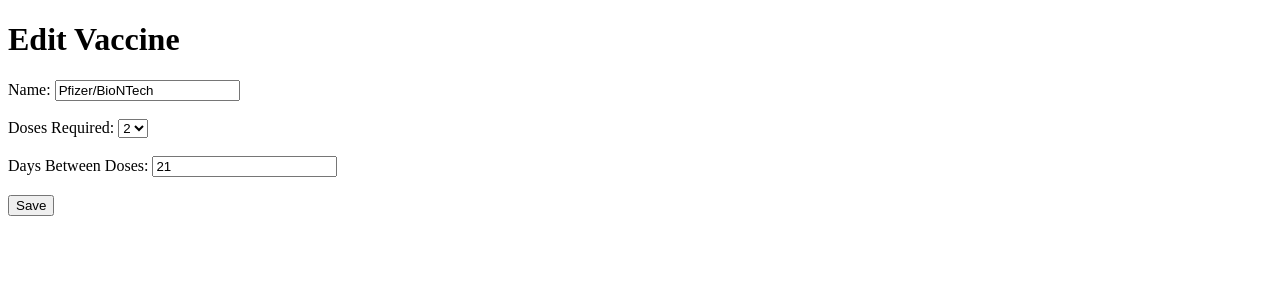
Repository: Thangtran1100/School-Stuff
Page: http://localhost/lab9/EditVaccine?id=1
These files come from the project's save history. The page is drawn as it stood at one moment and after the next save; the edit follows.
The browser window is 1280 px wide. The pictures show the whole page.
Some web libraries are served in a nearby version. The page is served by Tomcat 9. Other server files are loaded and not shown.

Above is the page before, as saved 2023-03-27 21:29:44.

### Spring 2023/CS3220/Assignments/3220-Lab9-App/lab9/src/main/webapp/EditVaccine.jsp
<%@ page language="java" contentType="text/html; charset=UTF-8"
    pageEncoding="UTF-8"%>
<!DOCTYPE html>
<html>
<head>
<meta charset="UTF-8">
<title>Edit Vaccine</title>
</head>
<body>
    <h1>Edit Vaccine</h1>
    <form action="EditVaccine" method="post">
        <label for="name">Name:</label>
        <input type="text" name="name" value="${vaccineEntry.vaccine}"><br><br>

        <label for="dose">Doses Required:</label>
        <select name="dose">
            <option value="1" ${vaccineEntry.doseRequired == "1" ? "selected" : ""}>1</option>
            <option value="2" ${vaccineEntry.doseRequired == "2" ? "selected" : ""}>2</option>
        </select><br><br>

        <label for="days">Days Between Doses:</label>
        <input type="text" name="days" value="${vaccineEntry.daysBetweenDose}"><br><br>

        <input type="submit" value="Save">
    </form>
</body>
</html>

### Spring 2023/CS3220/Assignments/3220-Lab9-App/lab9/src/main/java/lab9/servlet/EditVaccine.java
package lab9.servlet;

import java.io.IOException;
import java.io.PrintWriter;
import java.util.List;

import javax.servlet.ServletException;
import javax.servlet.annotation.WebServlet;
import javax.servlet.http.HttpServlet;
import javax.servlet.http.HttpServletRequest;
import javax.servlet.http.HttpServletResponse;

import model.VaccineEntry;
import utilities.ServletUtilities;

/**
 * Servlet implementation class EditVaccine
 */
@WebServlet("/EditVaccine")
public class EditVaccine extends HttpServlet {
	private static final long serialVersionUID = 1L;

    /**
     * @see HttpServlet#HttpServlet()
     */
    public EditVaccine() {
        super();
        // TODO Auto-generated constructor stub
    }

	/**
	 * @see HttpServlet#doGet(HttpServletRequest request, HttpServletResponse response)
	 */
	protected void doGet(HttpServletRequest request, HttpServletResponse response) throws ServletException, IOException {
		// TODO Auto-generated method stub

		List<VaccineEntry> entries = ServletUtilities.getVaccineEntresFromServletContext(getServletContext());

		int vaccineId = Integer.parseInt(request.getParameter("id"));

		VaccineEntry vaccineEntry = null;

		for(VaccineEntry entry : entries)
		{
			if(entry.getId() == vaccineId)
			{
				vaccineEntry = entry;
				break;
			}
		}

		request.setAttribute("vaccineEntry", vaccineEntry);
		request.getRequestDispatcher("EditVaccine.jsp").forward(request, response);

	}

	/**
	 * @see HttpServlet#doPost(HttpServletRequest request, HttpServletResponse response)
	 */
	protected void doPost(HttpServletRequest request, HttpServletResponse response) throws ServletException, IOException {
		// TODO Auto-generated method stub


		String vaccine = request.getParameter( "name" );
        String doses = request.getParameter( "dose" );
        String days = request.getParameter( "days" );

        List<VaccineEntry> entries = ServletUtilities.getVaccineEntresFromServletContext(getServletContext());


        for( VaccineEntry entry : entries )
        {
        	if(vaccine.equals(entry.getVaccine()))
        	{
        		entry.setDoseRequired(doses);
        		entry.setDaysBetweenDose(days);
        	}
        }


        response.sendRedirect( "ListVaccine" );

	}

}

### Spring 2023/CS3220/Assignments/3220-Lab9-App/lab9/src/main/java/utilities/ServletUtilities.java
package utilities;

import java.util.ArrayList;
import java.util.List;

import javax.servlet.ServletContext;

import model.VaccineEntry;

public class ServletUtilities {

	public static final String VaccineEntresKey = "entries";
	public static final String DOCTYPE =
			"<!DOCTYPE HTML>";

	public static String headWithTitle(String title) {
		return(
				DOCTYPE + "\n" +
						"<HTML>\n" +
						"<HEAD><TITLE>" + title + "</TITLE></HEAD>\n");
	}

	public static String titleWithBody(String title, String body) {
		return (headWithTitle(title) + "<BODY>" + body + "</BODY>\n" + "</HTML>\n");
	}

	public static int getInt(String str){
		try {
			int val = str == null || str.trim().length() == 0 ? 0
		            : Integer.parseInt( str );
			return val;
		}catch(Exception ex) { }
		return 0;
   }

	public static VaccineEntry getEntry(List<VaccineEntry> entries, int id){
		VaccineEntry entry = null;
		for( var e : entries )
            if( e.getId() == id )
            {
                entry = e;
                break;
            }
		return entry;
   }

	public static List<VaccineEntry> getVaccineEntresFromServletContext(ServletContext context){
		var obj = context.getAttribute( VaccineEntresKey );
		if (obj == null) return new ArrayList<VaccineEntry>();
		try {
			return (List<VaccineEntry>) obj;
		}catch(Exception ex) { return new ArrayList<VaccineEntry>(); }
   }

}

After the next save:
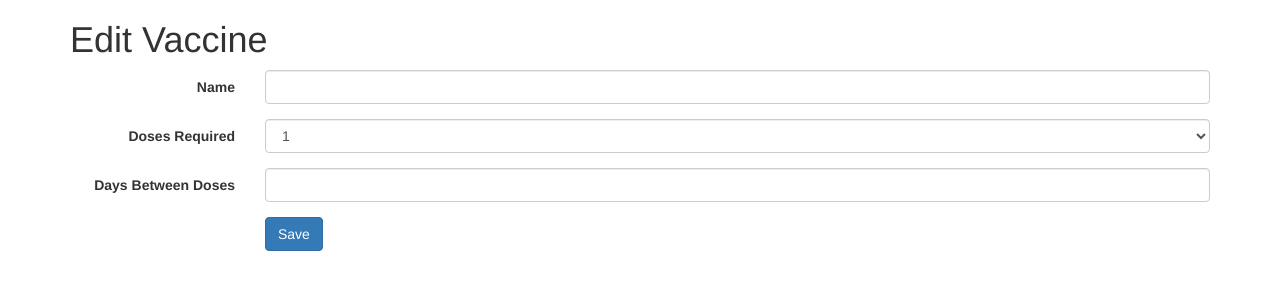
Saved 3 min 58 s later.
--- a/Spring 2023/CS3220/Assignments/3220-Lab9-App/lab9/src/main/webapp/EditVaccine.jsp
+++ b/Spring 2023/CS3220/Assignments/3220-Lab9-App/lab9/src/main/webapp/EditVaccine.jsp
@@ -1,27 +1,57 @@
 <%@ page language="java" contentType="text/html; charset=UTF-8"
     pageEncoding="UTF-8"%>
+<%@ taglib prefix="c" uri="http://java.sun.com/jsp/jstl/core"%>
 <!DOCTYPE html>
-<html>
+<html lang="en">
 <head>
-<meta charset="UTF-8">
-<title>Edit Vaccine</title>
+    <meta charset="UTF-8">
+    <title>Edit Vaccine</title>
+    <!-- Bootstrap CSS -->
+    <link rel="stylesheet" href="https://maxcdn.bootstrapcdn.com/bootstrap/3.3.7/css/bootstrap.min.css">
 </head>
 <body>
-    <h1>Edit Vaccine</h1>
-    <form action="EditVaccine" method="post">
-        <label for="name">Name:</label>
-        <input type="text" name="name" value="${vaccineEntry.vaccine}"><br><br>
-
-        <label for="dose">Doses Required:</label>
-        <select name="dose">
-            <option value="1" ${vaccineEntry.doseRequired == "1" ? "selected" : ""}>1</option>
-            <option value="2" ${vaccineEntry.doseRequired == "2" ? "selected" : ""}>2</option>
-        </select><br><br>
-
-        <label for="days">Days Between Doses:</label>
-        <input type="text" name="days" value="${vaccineEntry.daysBetweenDose}"><br><br>
-
-        <input type="submit" value="Save">
-    </form>
+    <div class="container">
+        <h1>Edit Vaccine</h1>
+        <form action="EditVaccine" method="post" class="form-horizontal">
+            <input type="hidden" name="id" value="${vaccine.id}">
+            <div class="form-group">
+                <label for="name" class="col-sm-2 control-label">Name</label>
+                <div class="col-sm-10">
+                    <input type="text" name="name" class="form-control" value="${vaccine.vaccine}">
+                </div>
+            </div>
+            <div class="form-group">
+                <label for="dose" class="col-sm-2 control-label">Doses Required</label>
+                <div class="col-sm-10">
+                    <select name="dose" class="form-control">
+                        <c:forEach begin="1" end="2" var="index">
+                            <c:choose>
+                                <c:when test="${index == vaccine.doseRequired}">
+                                    <option value="${index}" selected>${index}</option>
+                                </c:when>
+                                <c:otherwise>
+                                    <option value="${index}">${index}</option>
+                                </c:otherwise>
+                            </c:choose>
+                        </c:forEach>
+                    </select>
+                </div>
+            </div>
+            <div class="form-group">
+                <label for="days" class="col-sm-2 control-label">Days Between Doses</label>
+                <div class="col-sm-10">
+                    <input type="text" name="days" class="form-control" value="${vaccine.daysBetweenDose}">
+                </div>
+            </div>
+            <div class="form-group">
+                <div class="col-sm-offset-2 col-sm-10">
+                    <button type="submit" class="btn btn-primary">Save</button>
+                </div>
+            </div>
+        </form>
+    </div>
+    <!-- Bootstrap JS -->
+    <script src="https://ajax.googleapis.com/ajax/libs/jquery/3.2.1/jquery.min.js"></script>
+    <script src="https://maxcdn.bootstrapcdn.com/bootstrap/3.3.7/js/bootstrap.min.js"></script>
 </body>
 </html>
